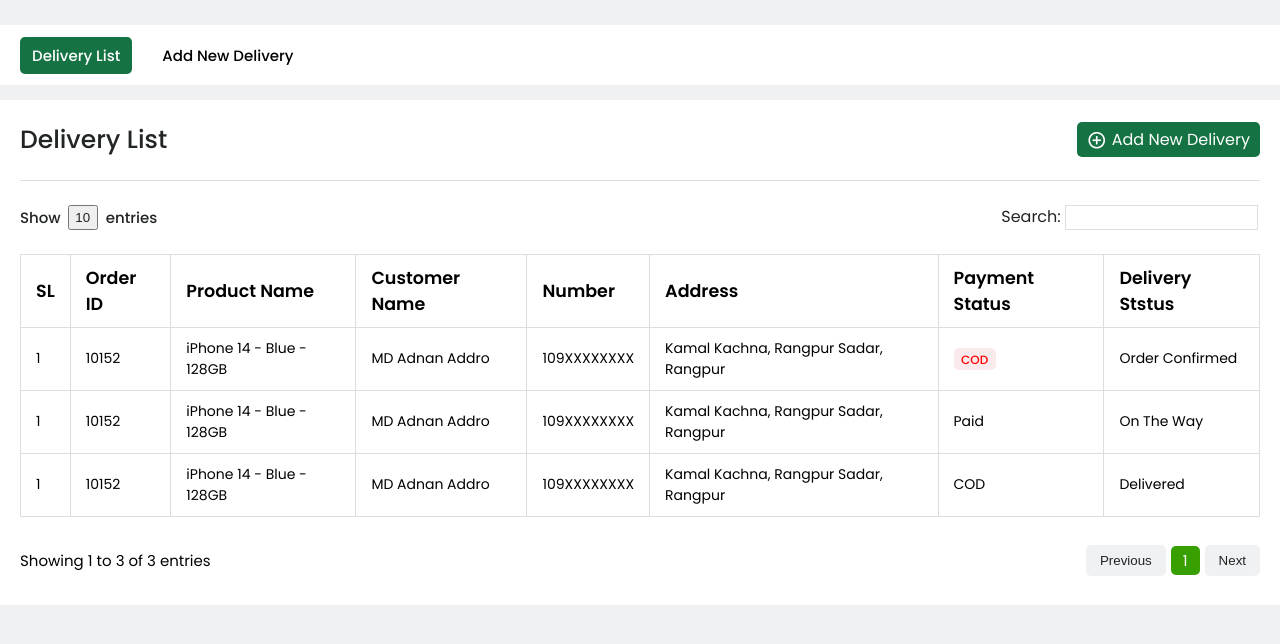
Repository: codebyaddro/delivery-page
Page: delivery.html
An editor plug-in stored every save of this project. The page is shown before and after the next save, followed by the edit.
The browser window is 1280 px wide. The pictures show the whole page.

Above is the page before, as saved 2025-02-27 14:01:22.

### delivery.html
<!DOCTYPE html>
<html lang="en">
<head>
    <meta charset="UTF-8">
    <meta name="viewport" content="width=device-width, initial-scale=1.0">
    <link rel="stylesheet" href="/delivery.css">
    <link href='https://unpkg.com/boxicons@2.1.4/css/boxicons.min.css' rel='stylesheet'>
    <title>Document</title>
</head>
<body>
    <div class="brand-container">
        <div class="top-menus">
            <ul>
                <li><a href="/index.html" class="active-menu">Delivery List</a></li>
                <li><a href="/inner-page/html/anb.html" class="light-up">Add New Delivery</a></li>
            </ul>
        </div>
        <div class="list-container">
            <div class="heading-add-new-btn">
                <div class="heading">
                    <h2>Delivery List</h2>
                </div>
                <div class="add-new-btn">
                    <i class='add-icon bx bx-plus-circle'></i>
                    <a href="/inner-page/html/anb.html">Add New Delivery</a>
                </div>
            </div>
            <div class="list-short-dpdwn-search-box">
                <div class="list-short-dpdwn">
                    <h3>Show</h3>
                    <select name="10" id="">
                        <option value="">10</option>
                        <option value="">20</option>
                        <option value="">30</option>
                        <option value="">All</option>
                    </select>
                    <h3>entries</h3>
                </div>
                <div class="search-box">
                    <legend>Search: <input type="text"></legend>
                </div>
            </div>
            <div class="table-list">
                <table>
                    <thead>
                        <tr>
                            <th title="SL">SL</th>
                            <th title="Code">Order ID</th>
                            <th title="Code">Product Name</th>
                            <th title="Code">Customer Name</th>
                            <th title="Category Name">Number</th>
                            <th title="Category Name">Address</th>
                            <th title="Status">Payment Status</th>
                            <th title="Action">Delivery Ststus</th>
                        </tr>
                    </thead>
                    <tbody>
                        <tr>
                            <td>1</td>
                            <td>10152</td>
                            <td>iPhone 14 - Blue - 128GB</td>
                            <td>MD Adnan Addro</td>
                            <td>109XXXXXXXX</td>
                            <td>Kamal Kachna, Rangpur Sadar, Rangpur</td>
                            <td><span class="ps-cod">COD</span></td>
                            <td><span>Order Confirmed</span></td>
                        </tr>
                        <tr>
                            <td>1</td>
                            <td>10152</td>
                            <td>iPhone 14 - Blue - 128GB</td>
                            <td>MD Adnan Addro</td>
                            <td>109XXXXXXXX</td>
                            <td>Kamal Kachna, Rangpur Sadar, Rangpur</td>
                            <td><span class="ps-paid">Paid</span></td>
                            <td><span>On The Way</span></td>
                        </tr>
                        <tr>
                            <td>1</td>
                            <td>10152</td>
                            <td>iPhone 14 - Blue - 128GB</td>
                            <td>MD Adnan Addro</td>
                            <td>109XXXXXXXX</td>
                            <td>Kamal Kachna, Rangpur Sadar, Rangpur</td>
                            <td><span class="active">COD</span></td>
                            <td><span>Delivered</span></td>
                        </tr>
                    </tbody>
                </table>
            </div>
            <div class="entries-details-list-page-btn">
                <div class="entries-details">
                    Showing <span>1</span> to <span>3</span> of <span>3</span> entries
                </div>
                <div class="list-page-btn">
                    <button>Previous</button>
                    <h4><span>1</span></h4>
                    <button>Next</button>
                </div>
            </div>
        </div>
    </div>
</body>
</html>

### delivery.css
/* -- fonts -- */
@import url('https://fonts.googleapis.com/css2?family=Poppins:ital,wght@0,100;0,200;0,300;0,400;0,500;0,600;0,700;0,800;0,900;1,100;1,200;1,300;1,400;1,500;1,600;1,700;1,800;1,900&family=Raleway:ital,wght@0,100..900;1,100..900&family=Roboto:ital,wght@0,100;0,300;0,400;0,500;0,700;0,900;1,100;1,300;1,400;1,500;1,700;1,900&family=VT323&display=swap');

/* -- root -- */

:root {
    --gray-white: #F0F1F2;
    --white: #FFFFFF;
    --black: #000000;
    --gray-black: #DDDDDD;
    --light-black: #212523;
    --light-black-op: #21252350;
    --main-green: #157343;
    --main-light: #37A000;
    --light-orange: #FD7E14;
    --green: #008000;
    --light-green: #e9f6ec;
    --red: #FF0000;
    --light-red: #fbeaec;
}

/* ---------- */

* {
    box-sizing: border-box;
}

body {
    margin: 0;
    padding: 0;
    font-family: "Poppins", serif;
    background-color: var(--gray-white);
}

::selection {
    color: var(--white);
    background-color: var(--main-light);
}

/* -- category container style -- */

.brand-container {
    width: 100%;
    margin-top: 25px;
}

/* -- top menus style--  */

.top-menus {
    background-color: var(--white);
    display: flex;
    justify-content: left;
    align-items: center;
    height: 60px;
    margin-bottom: 15px;
}

.top-menus ul {
    list-style-type: none;
    display: flex;
    gap: 30px;
    margin-left: -20px;
}

.top-menus ul li a {
    text-decoration: none;
    color: var(--black);
    font-size: 15px;
    font-weight: 500;
}

/* -- active menu style -- */

.active-menu {
    color: var(--white)!important;
    background-color: var(--main-green);
    padding: 8px 12px;
    border-radius: 5px;
}

/* -- menu hover style -- */

.light-up:hover {
    color: var(--light-orange);
}

/* -- list container style -- */

.list-container {
    background-color: var(--white);
    padding: 0px 20px;
}

/* -- heading-add-new-btn style -- */

.heading-add-new-btn {
    display: flex;
    justify-content: space-between;
    align-items: center;
    border-bottom: 1px solid var(--gray-black) ;
}

.heading h2 {
    color: var(--light-black);
    font-size: 25px;
    font-weight: 500;
}

/* -- add-new-btn style -- */

.add-new-btn {
    display: flex;
    gap: 5px;
    justify-content: baseline;
    align-items: center;
}

.add-new-btn {
    background-color: var(--main-green);
    padding: 5px 10px;
    border-radius: 5px;
}

.add-new-btn a {
    color: var(--white);
    text-decoration: none;
}

.add-icon {
    color: var(--white);
    font-size: 20px;
}

/* -- list-short-dpdwn-search-box style -- */

.list-short-dpdwn-search-box {
    display: flex;
    justify-content: space-between;
    align-items: center;
    padding: 10px 0px;
}

/* -- list-short-dpdwn style -- */

.list-short-dpdwn {
    display: flex;
    gap: 7.5px;
    align-items: center;
}

.list-short-dpdwn h3 {
    color: var(--light-black);
    font-size: 15px;
    font-weight: 500;
}

.list-short-dpdwn select {
    color: var(--light-black);
    appearance: none;
    height: 25px;
    width: 30px;
    padding-left: 6px;
    outline: none;
    border-radius: 2.5px;
}

/* -- search-box style -- */

.search-box {
    display: flex;
    align-items: center;
}

.search-box legend {
    color: var(--light-black);
}

.search-box input {
    outline: none;
    height: 25px;
    width: 193px;
    border: 1px solid var(--gray-black);
}

/* -- table-list style --*/

table {
    border-collapse: collapse;
    width: 100%;
}

/* -- thead style -- */

thead {
    cursor: pointer;
}

th, td {
    border: 1px solid var(--gray-black);
    padding: 10px 15px;
}

thead tr th {
    font-size: 17.5px;
    font-weight: 600;
    text-align: left;
}

tbody tr td {
    font-size: 14px;
}

tbody tr:hover {
    background-color: var(--gray-white);
}

/* -- tbody style -- */

/* status style */

.ps- {
    color: var(--green);
    background-color: var(--light-green);
    font-size: 12px;
    font-weight: 500;
    padding: 2.5px 7.5px;
    border-radius: 5px;
}

.ps-cod {
    color: var(--red);
    background-color: var(--light-red);
    font-size: 12px;
    font-weight: 500;
    padding: 2.5px 7.5px;
    border-radius: 5px;
}

/* -- action style -- */

.edit-icon {
    color: var(--green);
    background-color: var(--light-green);
    padding: 7px 7px;
    margin-right: 2.5px;
    border: 1px solid var(--green);
    font-size: 20px;
}

.edit-icon:hover {
    background-color: var(--light-black-op);
}

.delete-icon {
    color: var(--red);
    background-color: var(--light-red);
    padding: 7px 7px;
    margin-left: 2.5px;
    border: 1px solid var(--red);
    font-size: 20px;
}

.delete-icon:hover {
    background-color: var(--light-black-op);
}

/* -- entries-details-list-page-btn style -- */

.entries-details-list-page-btn {
    display: flex;
    justify-content: space-between;
    align-items: center;
    padding: 10px 0px;
}

.entries-details {
    color: var(--black);
    font-size: 15px;
}

.list-page-btn {
    display: flex;
    gap: 5px;
    align-items: center;
}

.list-page-btn button {
    color: var(--light-black);
    background-color: var(--gray-white);
    padding: 8px 14px;
    border: none;
    border-radius: 5px;
    cursor: pointer;
}

.list-page-btn h4 {
    color: var(--white);
    background-color: var(--main-light);
    font-size: 15px;
    font-weight: 400;
    padding: 3px 12px;
    border-radius: 5px;
}

After the next save:
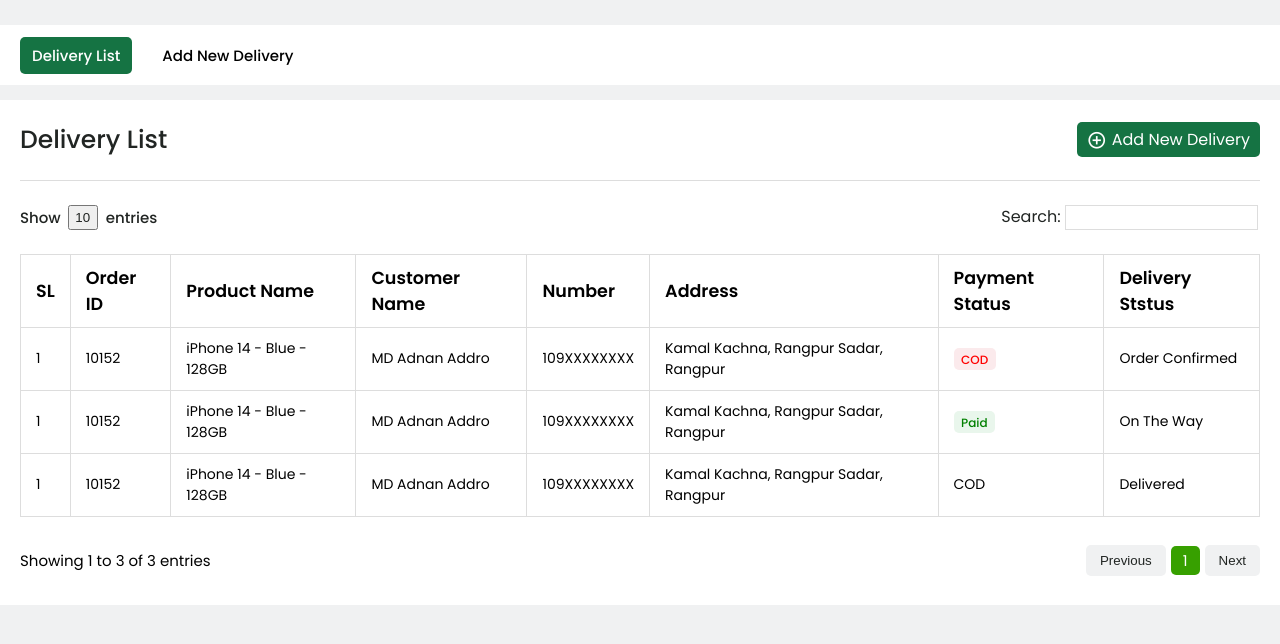
Saved 4 s later.
--- a/delivery.css
+++ b/delivery.css
@@ -218,7 +218,7 @@ tbody tr:hover {
 
 /* status style */
 
-.ps- {
+.ps-paid {
     color: var(--green);
     background-color: var(--light-green);
     font-size: 12px;
